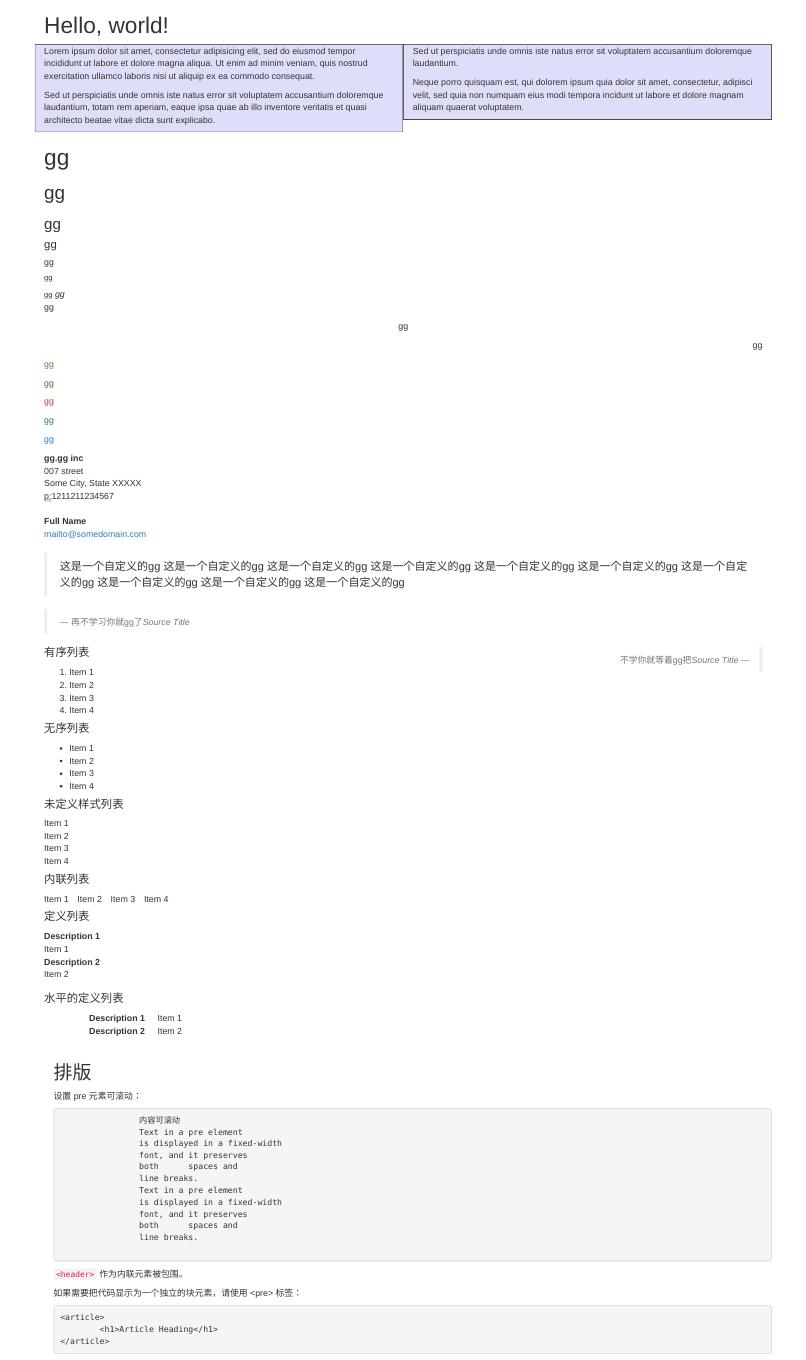
Repository: SnugHAN/eshop_real
Page: eshop_han/gg_shop/WebContent/test.html
The author's editor kept a copy of each file at every save. The page is drawn from the files as they stood at one save, then again after the next save.
The browser window is 1280 px wide. The pictures show the whole page, at 63% of full size.

Above is the page before, as saved 2017-05-26 08:28:52.
Console error (its wording comes from the project's code and is left out).

### eshop_han/gg_shop/WebContent/test.html
<!DOCTYPE html>
<html>
<head>
   <meta charset="utf-8">
   <meta name="viewport" content="width=deceive-width,
                                  initial-scale=1.0,
                                  maxmum-scale=1.0,
                                  user-scalable=no


   ">
   <title>测试一下bootstrap好用不</title>
  <link rel="stylesheet" href="bootstrap-3.3.7-dist/css/bootstrap.min.css">
  <link rel="stylesheeet" href="css/login.css">
   <script src="bootstrap-3.3.7-dist/js/bootstrap.min.js"></script>

</head>
<body>
    <div class="container">
    <h1>Hello, world!</h1>

    <div class="row">
        <div class="col-md-6"  style="background-color: #dedef8; box-shadow: inset 1px -1px 1px #444, inset -1px 1px 1px #444;">
            <p>Lorem ipsum dolor sit amet, consectetur adipisicing elit, sed do
            eiusmod tempor incididunt ut labore et dolore magna aliqua. Ut
            enim ad minim veniam, quis nostrud exercitation ullamco laboris
            nisi ut aliquip ex ea commodo consequat.
            </p>

            <p>Sed ut perspiciatis unde omnis iste natus error sit voluptatem
            accusantium doloremque laudantium, totam rem aperiam, eaque ipsa
            quae ab illo inventore veritatis et quasi architecto beatae vitae
            dicta sunt explicabo.
            </p>
        </div>

        <div class="col-md-6" style="background-color: #dedef8;box-shadow: inset 1px -1px 1px #444, inset -1px 1px 1px #444;">
            <p>Sed ut perspiciatis unde omnis iste natus error sit voluptatem
            accusantium doloremque laudantium.
            </p>

            <p> Neque porro quisquam est, qui dolorem ipsum quia dolor sit amet,
            consectetur, adipisci velit, sed quia non numquam eius modi
            tempora incidunt ut labore et dolore magnam aliquam quaerat
            voluptatem.
            </p>
        </div>
    </div>
    <div class="font">
    <h1>gg</h1>
    <h2>gg</h2>
    <h3>gg</h3>
    <h4>gg</h4>
    <h5>gg</h5>
    <h6>gg</h6>
    <small>gg</small>
    <em>gg</em>
    <p class="text-left">gg</p>
    <p class="text-center">gg</p>
    <p class="text-right">gg</p>
    <p class="text-warning">gg</p>
    <p class="text-success">gg</p>
    <p class="text-danger">gg</p>
    <p class="text-info">gg</p>
    <p class="text-primary">gg</p>
    </div>
    <address>
    <strong>gg.gg  inc</strong><br>
    007 street<br>
  Some City, State XXXXX<br>
  <abbr title="Phone">p:</abbr>1211211234567

    </address>
    <address>
    <strong>Full Name</strong><br>
  <a href="mailto:#">mailto@somedomain.com</a>
    </address>
    <blockquote><p>这是一个自定义的gg 这是一个自定义的gg 这是一个自定义的gg 这是一个自定义的gg 这是一个自定义的gg
    这是一个自定义的gg 这是一个自定义的gg 这是一个自定义的gg 这是一个自定义的gg 这是一个自定义的gg</p></blockquote>
<blockquote>
<small>再不学习你就gg了<cite title="Source Title">Source Title</cite></small>

</blockquote>
<blockquote class="pull-right">
<small>不学你就等着gg把<cite title="Source Title">Source Title</cite></small>
</blockquote>
<h4>有序列表</h4>
<ol>
  <li>Item 1</li>
  <li>Item 2</li>
  <li>Item 3</li>
  <li>Item 4</li>
</ol>
<h4>无序列表</h4>
<ul>
  <li>Item 1</li>
  <li>Item 2</li>
  <li>Item 3</li>
  <li>Item 4</li>
</ul>
<h4>未定义样式列表</h4>
<ul class="list-unstyled">
  <li>Item 1</li>
  <li>Item 2</li>
  <li>Item 3</li>
  <li>Item 4</li>
</ul>
<h4>内联列表</h4>
<ul class="list-inline">
  <li>Item 1</li>
  <li>Item 2</li>
  <li>Item 3</li>
  <li>Item 4</li>
</ul>
<h4>定义列表</h4>
<dl>
  <dt>Description 1</dt>
  <dd>Item 1</dd>
  <dt>Description 2</dt>
  <dd>Item 2</dd>
</dl>
<h4>水平的定义列表</h4>
<dl class="dl-horizontal">
  <dt>Description 1</dt>
  <dd>Item 1</dd>
  <dt>Description 2</dt>
  <dd>Item 2</dd>
</dl>
<div class="container">
	<h2>排版</h2>
	<p>设置 pre 元素可滚动：</p>
	<pre class="pre-scrollable">
		内容可滚动
		Text in a pre element
		is displayed in a fixed-width
		font, and it preserves
		both      spaces and
		line breaks.
		Text in a pre element
		is displayed in a fixed-width
		font, and it preserves
		both      spaces and
		line breaks.
	</pre>
	<p><code>&lt;header&gt;</code> 作为内联元素被包围。</p>
<p>如果需要把代码显示为一个独立的块元素，请使用 &lt;pre&gt; 标签：</p>
<pre>
&lt;article&gt;
	&lt;h1&gt;Article Heading&lt;/h1&gt;
&lt;/article&gt;
</pre>

</div>
</div>

</body>
</html>

Loaded but not shown: eshop_han/gg_shop/WebContent/bootstrap-3.3.7-dist/css/bootstrap.min.css (library); eshop_han/gg_shop/WebContent/bootstrap-3.3.7-dist/js/bootstrap.min.js (library)

After the next save:
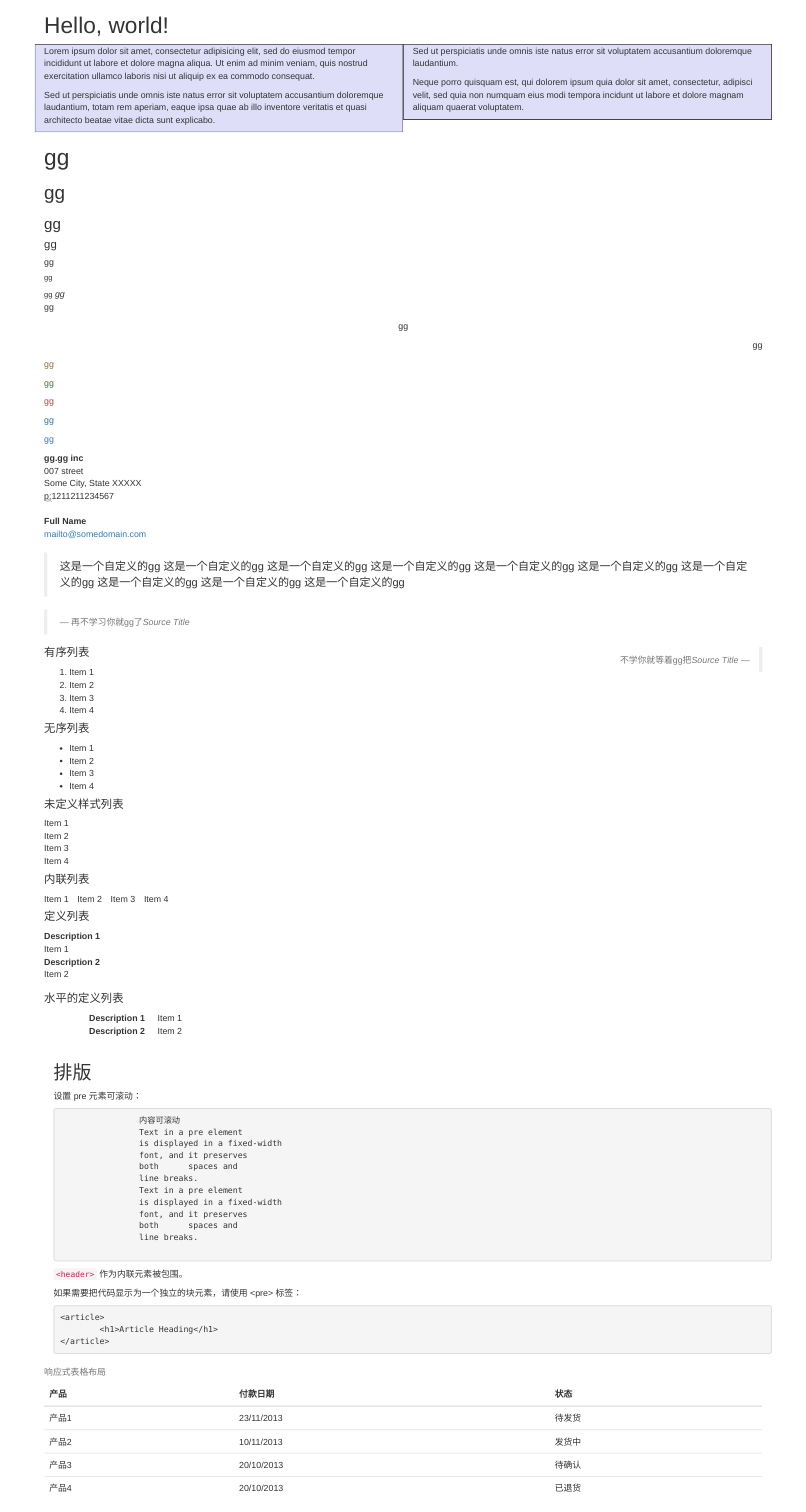
Saved 16 min 45 s later.
--- a/eshop_han/gg_shop/WebContent/test.html
+++ b/eshop_han/gg_shop/WebContent/test.html
@@ -151,6 +151,40 @@
 </pre>
 
 </div>
+<div class="table-responsive">
+	<table class="table">
+		<caption>响应式表格布局</caption>
+		<thead>
+			<tr>
+				<th>产品</th>
+				<th>付款日期</th>
+				<th>状态</th>
+			</tr>
+		</thead>
+		<tbody>
+			<tr>
+				<td>产品1</td>
+				<td>23/11/2013</td>
+				<td>待发货</td>
+			</tr>
+			<tr>
+				<td>产品2</td>
+				<td>10/11/2013</td>
+				<td>发货中</td>
+			</tr>
+			<tr>
+				<td>产品3</td>
+				<td>20/10/2013</td>
+				<td>待确认</td>
+			</tr>
+			<tr>
+				<td>产品4</td>
+				<td>20/10/2013</td>
+				<td>已退货</td>
+			</tr>
+		</tbody>
+</table>
+</div>
 </div>
 
 </body>
